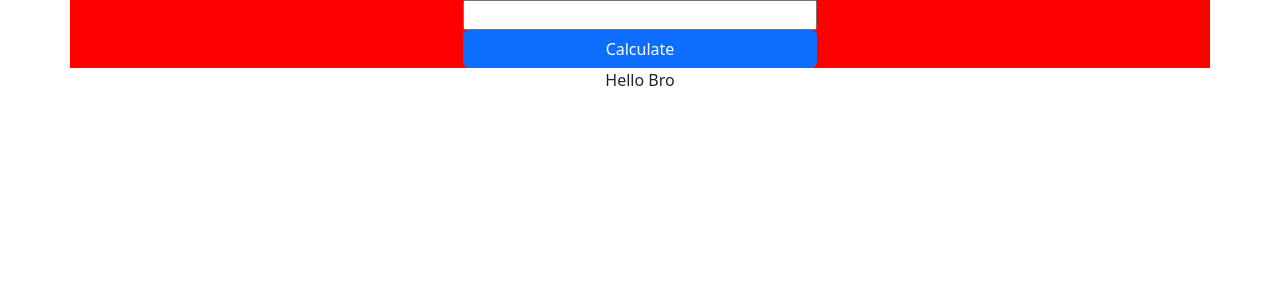
Repository: LeGrandMAG/magCalculator
Page: index.html
These files come from the project's save history. The page is drawn as it stood at one moment and after a run of saves; the edit follows.
The browser window is 1280 px wide. The pictures show the whole page.

Above is the page before, as saved 2022-05-26 13:10:05.

### index.html
<!DOCTYPE html>
<html lang="en">
<head>
    <meta charset="UTF-8">
    <meta http-equiv="X-UA-Compatible" content="IE=edge">
    <meta name="viewport" content="width=device-width, initial-scale=1.0">
    <link href="https://cdn.jsdelivr.net/npm/bootstrap@5.2.0-beta1/dist/css/bootstrap.min.css" rel="stylesheet" integrity="sha384-0evHe/X+R7YkIZDRvuzKMRqM+OrBnVFBL6DOitfPri4tjfHxaWutUpFmBp4vmVor" crossorigin="anonymous">
    <link rel="shortcut icon" href="assets/images/icon.ico"image/x-icon">
    <script src="app.js"></script>
    <link href="style.css" rel="stylesheet">
    <title>Price Calculator</title>
</head>
<body>


    <div class="container">
        <form class="row"action="">
            <input class="text form-elem" type="text">

                <button onclick="myFunction()" class="btn btn-primary"> Calculate</button>
        </form>
    </div>
    <p id="okay">Hello Bro</p>


</body>
</html>

### app.js


function myFunction(){
        document.getElementById('okay').innerHTML = "doll"

}

### style.css
body{
    margin:auto;
    align-items: center;
    text-align: center;
}
.container{
    margin:auto;
    background: red;
    display: flex;
    justify-content: center;
    align-items: center;
}

.form-elem{
    margin-top: 10;
    margin-bottom: 10;
}

After the next 4 saves:
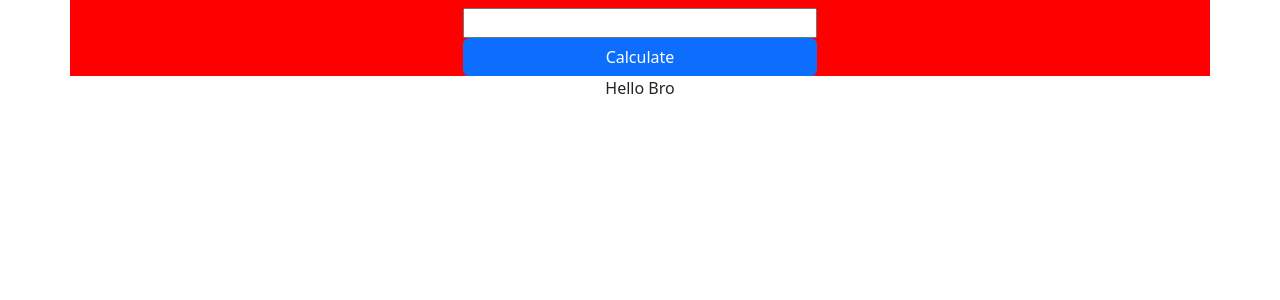
The 4 saves are shown as one change because they came seconds apart.
The last was saved 28 s later.
--- a/index.html
+++ b/index.html
@@ -15,7 +15,7 @@
 
     <div class="container">
         <form class="row"action="">
-            <input class="text form-elem" type="text">
+            <input class="text form-elem mt-2" type="text">
 
                 <button onclick="myFunction()" class="btn btn-primary"> Calculate</button>
         </form>
